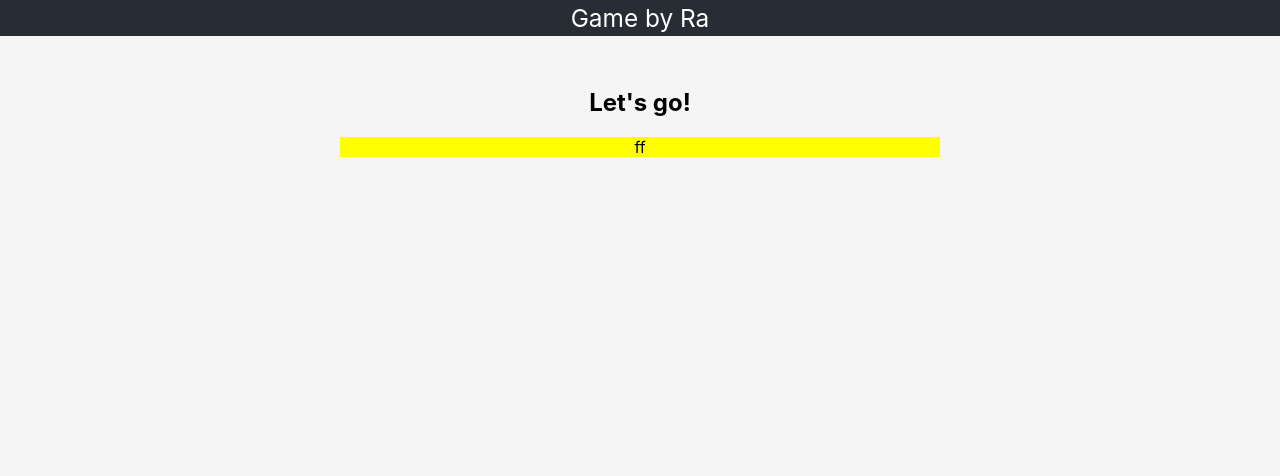
Repository: Sergioramasano/ramos-game
Page: /
These files come from the project's save history. The page is drawn as it stood at one moment and after the next save; the edit follows.
The browser window is 1280 px wide. The pictures show the whole page.
The project was rebuilt for these pictures with package versions that can differ from the ones it lists, and the page was loaded fresh each time.

Above is the page before, as saved 2021-02-11 14:27:52.

After the next save:
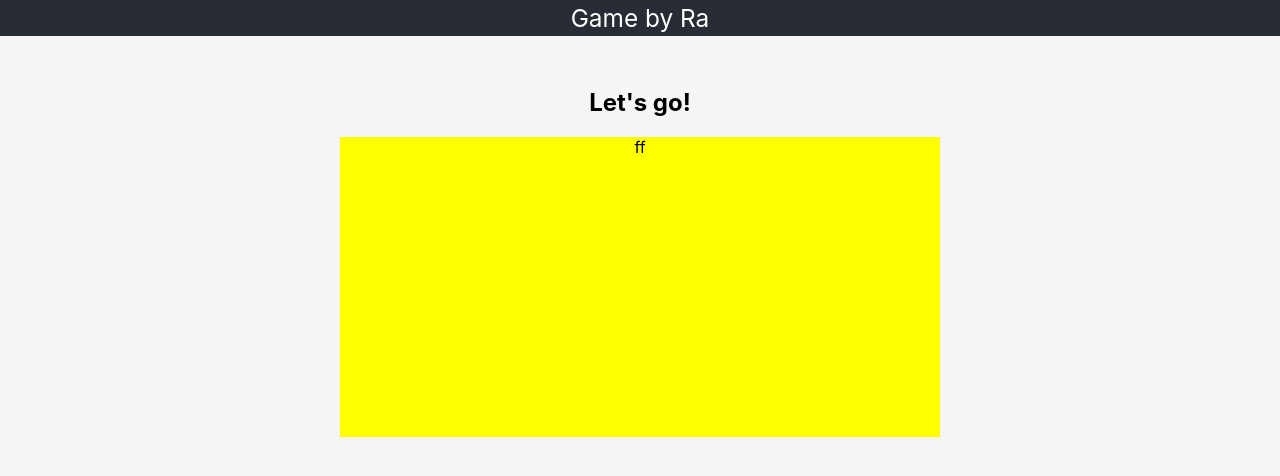
Saved 15 s later.
--- a/src/components/GameBox/Gamebox.module.css
+++ b/src/components/GameBox/Gamebox.module.css
@@ -11,4 +11,5 @@
   height: auto;
   background-color: yellow;
   width: 100%;
+  min-height: 300px;
 }
